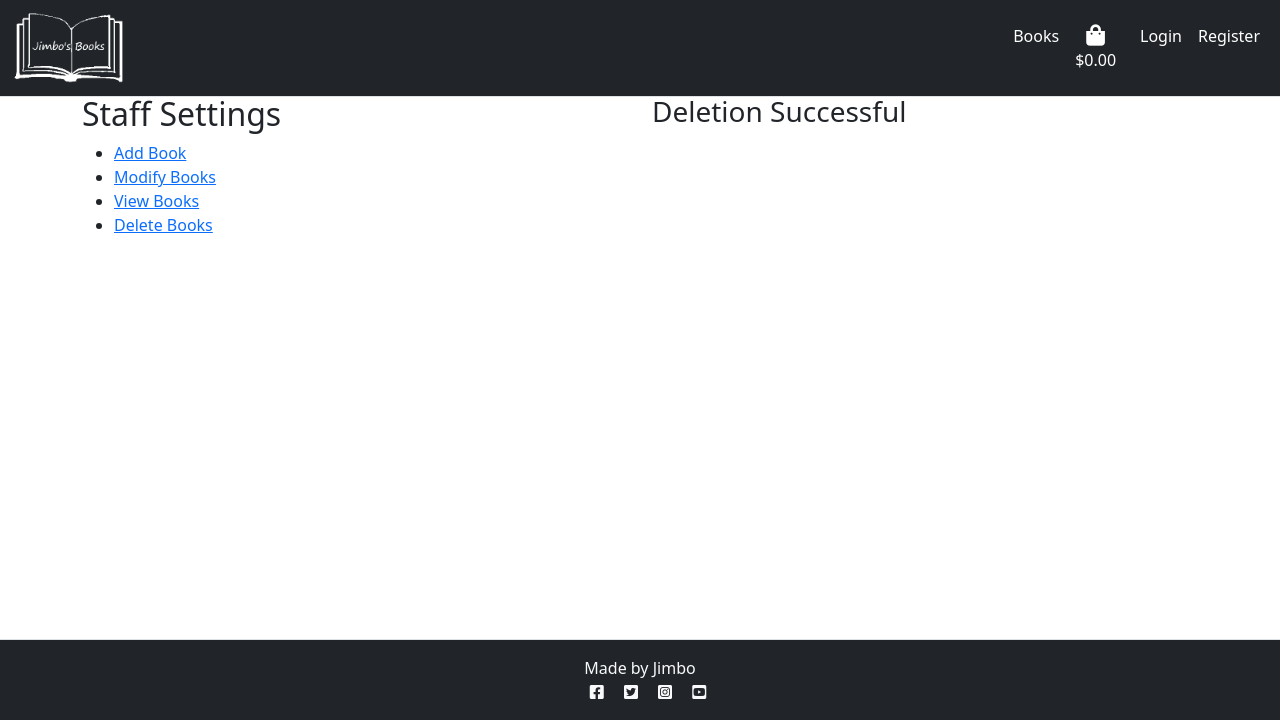
Repository: JaySanders95/jimbos-books
Page: templates/book_deleted.html
These files come from the project's save history. The page is drawn as it stood at one moment and after the next save; the edit follows.
The browser window is 1280 px wide. The pictures show the whole page.
The template is drawn by Django 3.2. The application's start-up code is not run. Other server files are loaded and not shown. The template is opened directly, without the code that normally fills it, so the values that code supplies are empty.

Above is the page before, as saved 2023-12-26 18:06:58.

### templates/book_deleted.html
{% extends 'staff_settings.html' %}

{% block settings_content %}
    <h3>Deletion Successful</h3>


{% endblock %}

### templates/staff_settings.html
{% extends 'base.html' %}
{% load static %}

{% block content %}
    <div class="container">
        <div class="row">
            <div class="col">
                <h2>Staff Settings</h2>
                <ul>
                    <li><a href="{% url 'add_book' %}">Add Book</a></li>
                    <li><a href="{% url 'modify_books' %}">Modify Books</a></li>
                    <li><a href="{% url 'view_books' %}">View Books</a></li>
                    <li><a href="{% url 'delete_books' %}">Delete Books</a></li>
                </ul>
            </div>
            <div class="col">
                {% block settings_content %}{% endblock %}
            </div>
        </div>
    </div>
{% endblock %}

### home/templates/base.html
<!DOCTYPE html>
<html class="h-100">
{% load static %}

<head>
    <title>Jimbo's Books</title>

    <link rel="preconnect" href="https://fonts.gstatic.com">
    <link href="https://fonts.googleapis.com/css2?family=Roboto:wght@300&display=swap" rel="stylesheet">
    <link href="https://fonts.googleapis.com/css2?family=Lato:wght@300;700&display=swap" rel="stylesheet">
    <link rel="stylesheet" href="https://cdnjs.cloudflare.com/ajax/libs/font-awesome/5.15.3/css/all.min.css">
    <meta name="viewport" content="width=device-width, initial-scale=1" />
    <link href="https://cdn.jsdelivr.net/npm/bootstrap@5.0.1/dist/css/bootstrap.min.css" rel="stylesheet"
        integrity="sha384-+0n0xVW2eSR5OomGNYDnhzAbDsOXxcvSN1TPprVMTNDbiYZCxYbOOl7+AMvyTG2x" crossorigin="anonymous">
    <script src="https://cdn.jsdelivr.net/npm/bootstrap@5.0.1/dist/js/bootstrap.bundle.min.js"
        integrity="sha384-gtEjrD/SeCtmISkJkNUaaKMoLD0//ElJ19smozuHV6z3Iehds+3Ulb9Bn9Plx0x4" crossorigin="anonymous">
    </script>
    <script src="https://ajax.googleapis.com/ajax/libs/jquery/3.5.1/jquery.min.js"></script>
    <link rel="stylesheet" type="text/css" href="{% static 'style.css' %}">

</head>

<body class="d-flex flex-column h-100 toppage">

    <!-- Navigation -->
    <main class="flex-shrink-0">
        <nav class="navbar navbar-expand-lg navbar-light bg-dark border-bottom border-lg fixed-top">
            <div class="container-fluid">
                <a class="navbar-brand" href="{% url 'home' %}"><img id="logo" src="{% static 'logo_image/logo-image.png' %}" alt="jimbos books logo image"></a>
                <button class="navbar-toggler" type="button" data-bs-toggle="collapse" data-bs-target="#navbarText"
                    aria-controls="navbarText" aria-expanded="false" aria-label="Toggle navigation">
                    <span class="navbar-toggler-icon"></span>
                </button>
                <div class="collapse navbar-collapse" id="navbarText">
                    <ul class="navbar-nav ms-auto mb-2 mb-lg-0 ">
                        <li class="nav-item">
                            <a class="nav-link text-light" href="{% url 'home' %}">Books</a>
                        </li>
                        <li class="list-inline-item">
                            <a class="{% if grand_total %}text-info font-weight-bold{% else %}text-white{% endif %} nav-link" href="{% url 'view_bag' %}">
                                <div class="text-center">
                                    <div><i class="fas fa-shopping-bag fa-lg"></i></div>
                                    <p class="my-0">
                                        {% if grand_total %}
                                            ${{ grand_total|floatformat:2 }}
                                        {% else %}
                                            $0.00
                                        {% endif %}
                                    </p>
                                </div>
                            </a>
                        </li>
                        {% if user.is_staff %}
                        <li class="nav-item dropdown">
                            <a class="nav-link dropdown-toggle" href="#" id="navbarDarkDropdownMenuLink" role="button" data-bs-toggle="dropdown" aria-expanded="false">
                                Booking Settings
                            </a>
                            <ul class="dropdown-menu dropdown-menu-light" aria-labelledby="navbarDarkDropdownMenuLink">
                            <li><a class="dropdown-item text-light" href="">Staff settings</a></li>
                            <li><a class="dropdown-item text-light" href="">Manage Orders</a></li>
                            <li><a class="dropdown-item text-light" href="">log out</a></li>
                            </ul>
                        </li>
                        {% elif user.is_authenticated %}
                        <li class="nav-item dropdown">
                            <a class="nav-link dropdown-toggle" href="#" id="navbarDarkDropdownMenuLink" role="button" data-bs-toggle="dropdown" aria-expanded="false">
                                My account
                            </a>
                            <ul class="dropdown-menu dropdown-menu-light" aria-labelledby="navbarDarkDropdownMenuLink">
                            <li><a class="dropdown-item text-light" href="">My Account</a></li>
                            <li><a class="dropdown-item text-light" href="">My orders</a></li>
                            <li><a class="dropdown-item text-light" href="">log out</a></li>
                            </ul>
                        </li>
                        {% else %}
                        <li class="nav-item">
                            <a class="nav-link text-light" href="">Login</a>
                        </li>
                        <li class="nav-item">
                            <a class="nav-link text-light" href="">Register</a>
                        </li>




                        {% endif %}
                    </ul>

                </div>
            </div>
        </nav>
        <div class="spacer"></div>
        <div class="container">
            <div class="row">
                <div class="col-md-8 offset-md-2">
                    {% for message in messages %}
                    <div class="alert {{ message.tags}} alert-dismissable fade show text-center" id="msg" role="alert">
                        {{ message | safe }}
                    </div>
                    {% endfor %}
                </div>
            </div>
        </div>

            {% block content %}
            {% endblock content %}

    </main>


    <!-- Footer -->
    <footer class="footer mt-auto py-3 bg-dark border-top border-lg">
        <p class="m-0 text-center text-light ">Made by Jimbo</p>
        <p class="m-0 text-center text-light">
            <a href="https://www.facebook.com" class="icon-block text-light" target="_blank"><i class="fab fa-facebook-square ms-3"></i></a>
            <a href="https://www.twitter.com" class="icon-block text-light" target="_blank"><i class="fab fa-twitter-square ms-3"></i></a>
            <a href="https://www.instagram.com" class="icon-block text-light" target="_blank"><i class="fab fa-instagram-square ms-3"></i></a>
            <a href="https://www.youtube.com" class="icon-block text-light" target="_blank"><i class="fab fa-youtube-square ms-3"></i></a>
        </p>
    </footer>
    <script>
        setTimeout (function() {
        let messages = document.getElementById("msg");
        let alert = new bootstrap.Alert(messages);
        alert.close();
    }, 3000);

    </script>

</body>

</html>

### static/style.css
.book {
    border: 1px solid #ddd;
    margin: 20px;
    padding: 20px;
    border-radius: 10px;
    box-shadow: 0 0 10px rgba(0, 0, 0, 0.1);
    height: auto;
}

.book img {
    height: 300px;
}

.navbar-light .navbar-nav .nav-link {
    color: rgb(255, 255, 255) !important;
}

.navbar-brand img {
    height: 70px;
}

.spacer {
    margin-bottom: 95px;
}

#reviews-section {
    margin-top: 20px;
}

.review {
    margin-bottom: 20px;
    padding: 10px;
    border: 1px solid #ccc;
}

.review-image {
    max-width: 100%;
    height: auto;
}

.review-text {
    margin-top: 10px;
}

.review-divider {
    margin: 20px 0;
    border: none;
    border-top: 1px solid #ccc;
}

After the next save:
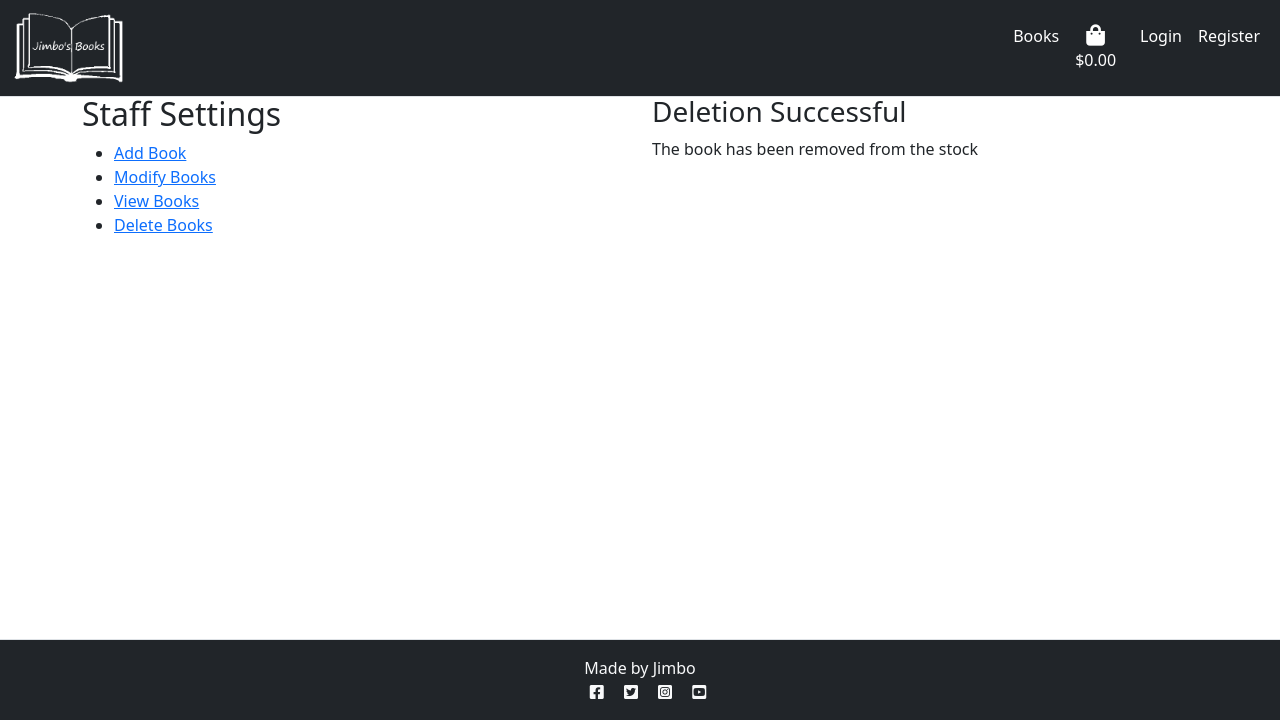
Saved 8 s later.
--- a/templates/book_deleted.html
+++ b/templates/book_deleted.html
@@ -2,6 +2,6 @@
 
 {% block settings_content %}
     <h3>Deletion Successful</h3>
-
+    <p>The book has been removed from the stock</p>
 
 {% endblock %}
